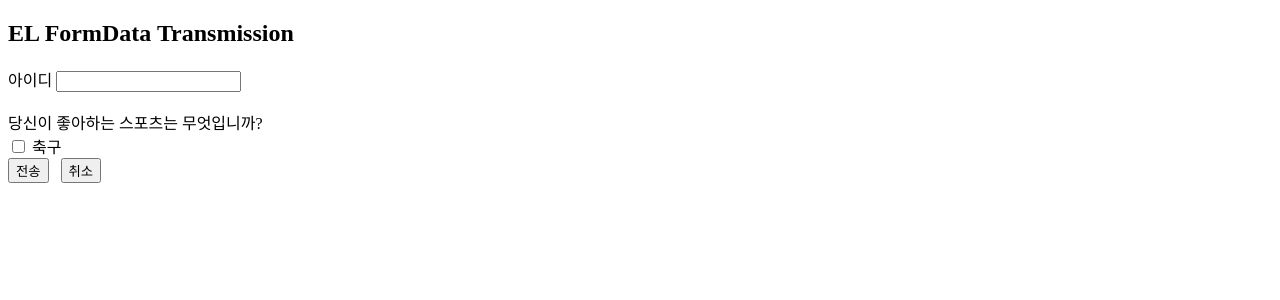
Repository: songyooon/java2
Page: http://localhost/practice03/05ELDataForm.jsp
These files come from the project's save history. The page is drawn as it stood at one moment and after the next save; the edit follows.
The browser window is 1280 px wide. The pictures show the whole page.
The page is served by Tomcat 9.

Above is the page before, as saved 2022-11-10 04:48:48.

After the next save:
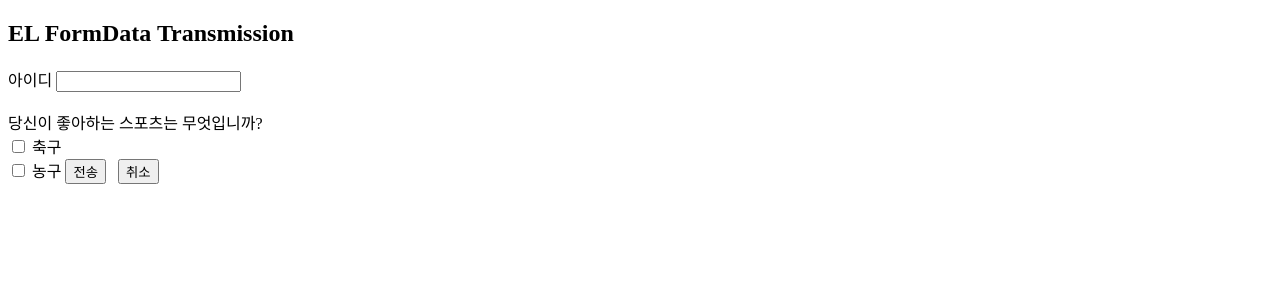
Saved 57 s later.
--- a/practice03/WebContent/05ELDataForm.jsp
+++ b/practice03/WebContent/05ELDataForm.jsp
@@ -19,6 +19,8 @@
 		당신이 좋아하는 스포츠는 무엇입니까?<br>
 		<input type="checkbox" id="hobby1" name="hobby" value="축구">
 		<label for="hobby1">축구</label><br>
+		<input type="checkbox" id="hobby2" name="hobby" value="농구">
+		<label fpr="hobby2">농구</label>
 
 		<input type="submit" value="전송">&nbsp;&nbsp;
 		<input type="reset" value="취소">
